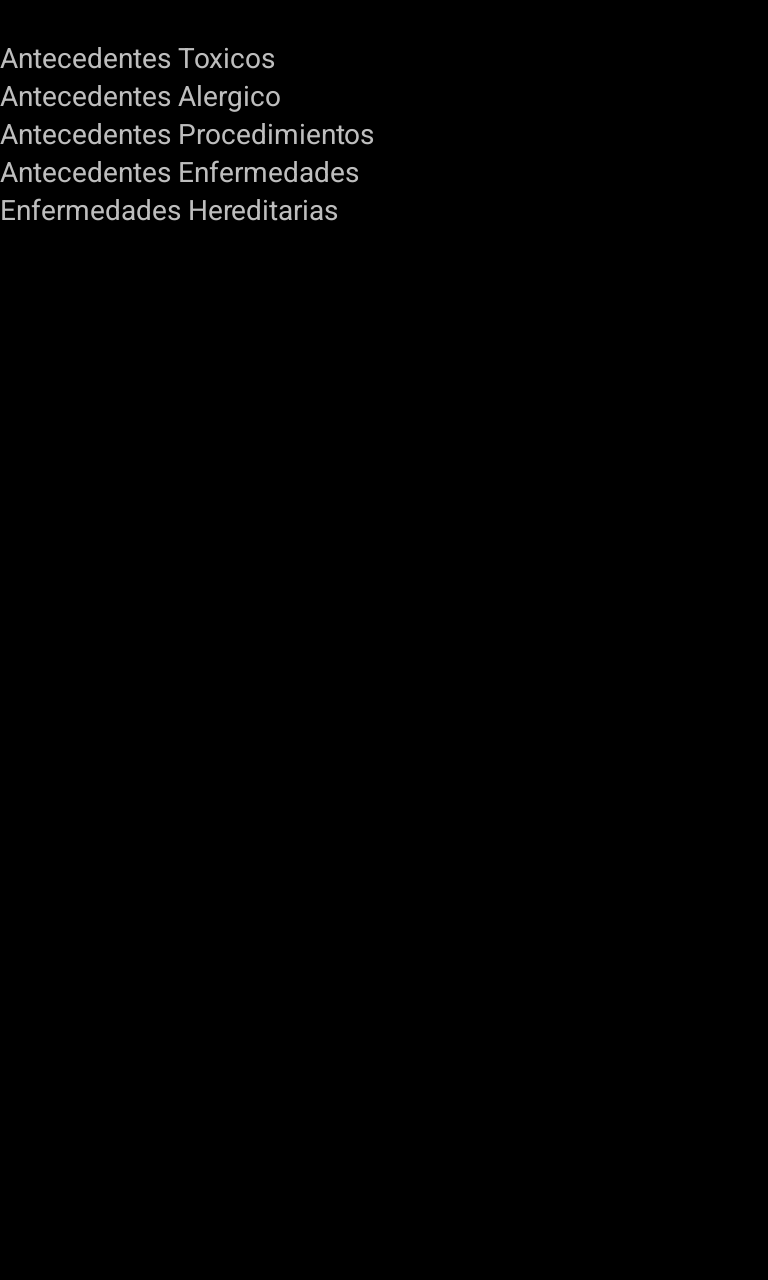
Repository: kakusio/AndoidMedics
Layout: NearshoreNexus/res/layout/historial_medico.xml
An editor plug-in stored every save of this project. The layout is shown before and after a run of saves, followed by the edit.
It is drawn on a 768 x 1280 px phone screen (xhdpi) without system bars, with theme android:Theme; the app's code is not run. Lists and similar views that code fills are empty.

Above is the layout before, as saved 2013-04-09 02:06:23.

After the next 2 saves:
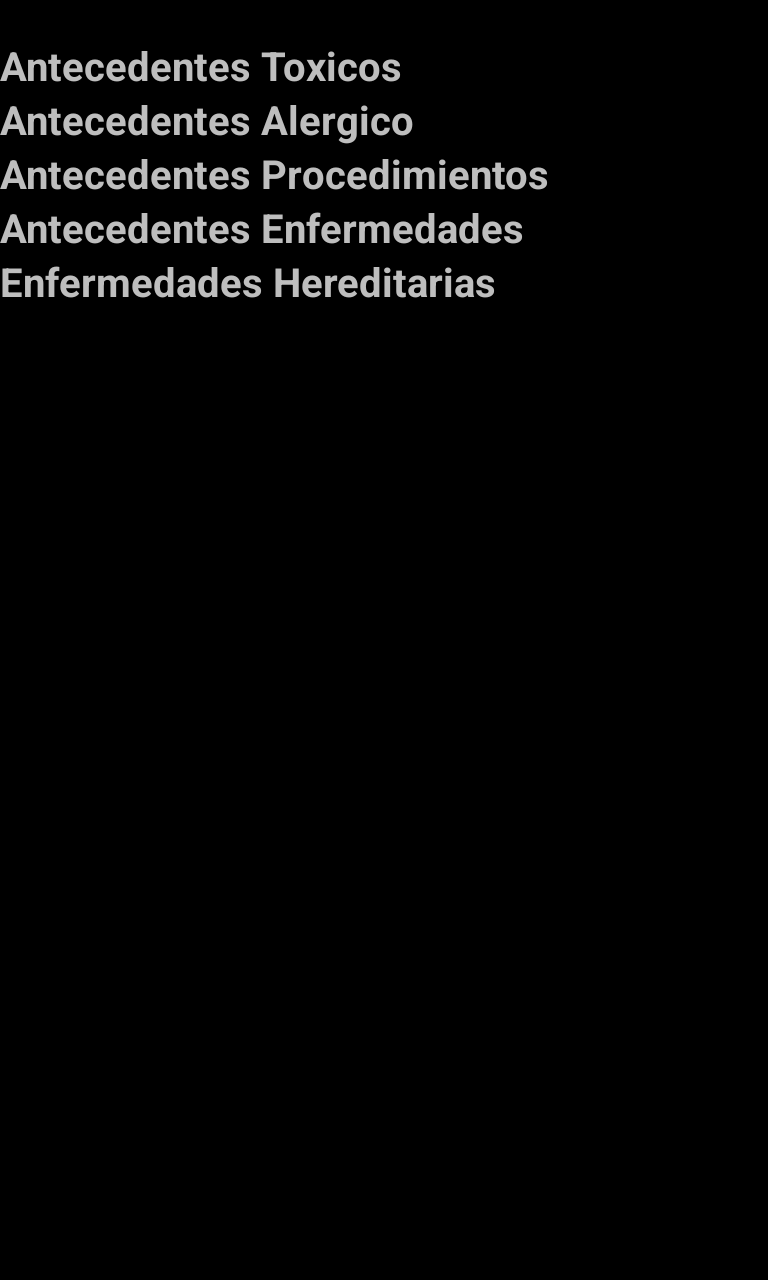
The 2 saves are shown as one change because 1 did not build or start.
The last was saved 13 min 54 s later.
--- a/NearshoreNexus/res/layout/historial_medico.xml
+++ b/NearshoreNexus/res/layout/historial_medico.xml
@@ -13,7 +13,9 @@
         android:id="@+id/toxicosText"
         android:layout_width="match_parent"
         android:layout_height="wrap_content"
-        android:text="Antecedentes Toxicos"/>
+        android:text="Antecedentes Toxicos"
+        android:textSize="20dp"
+        android:textStyle="bold" />
 
     <ListView
         android:id="@+id/toxicosListView"
@@ -25,6 +27,8 @@
         android:id="@+id/alergiaText"
         android:layout_width="match_parent"
         android:layout_height="wrap_content"
+        android:textSize="20dp"
+        android:textStyle="bold"
         android:text="Antecedentes Alergico"/>
 
     <ListView
@@ -37,6 +41,8 @@
         android:id="@+id/procedimientosText"
         android:layout_width="match_parent"
         android:layout_height="wrap_content"
+        android:textSize="20dp"
+        android:textStyle="bold"
         android:text="Antecedentes Procedimientos"/>
 
     <ListView
@@ -49,6 +55,8 @@
         android:id="@+id/enfermedadesText"
         android:layout_width="match_parent"
         android:layout_height="wrap_content"
+        android:textSize="20dp"
+        android:textStyle="bold"
         android:text="Antecedentes Enfermedades"/>
 
     <ListView
@@ -61,6 +69,8 @@
         android:id="@+id/hereditariasText"
         android:layout_width="match_parent"
         android:layout_height="wrap_content"
+        android:textSize="20dp"
+        android:textStyle="bold"
         android:text="Enfermedades Hereditarias"/>
 
     <ListView
